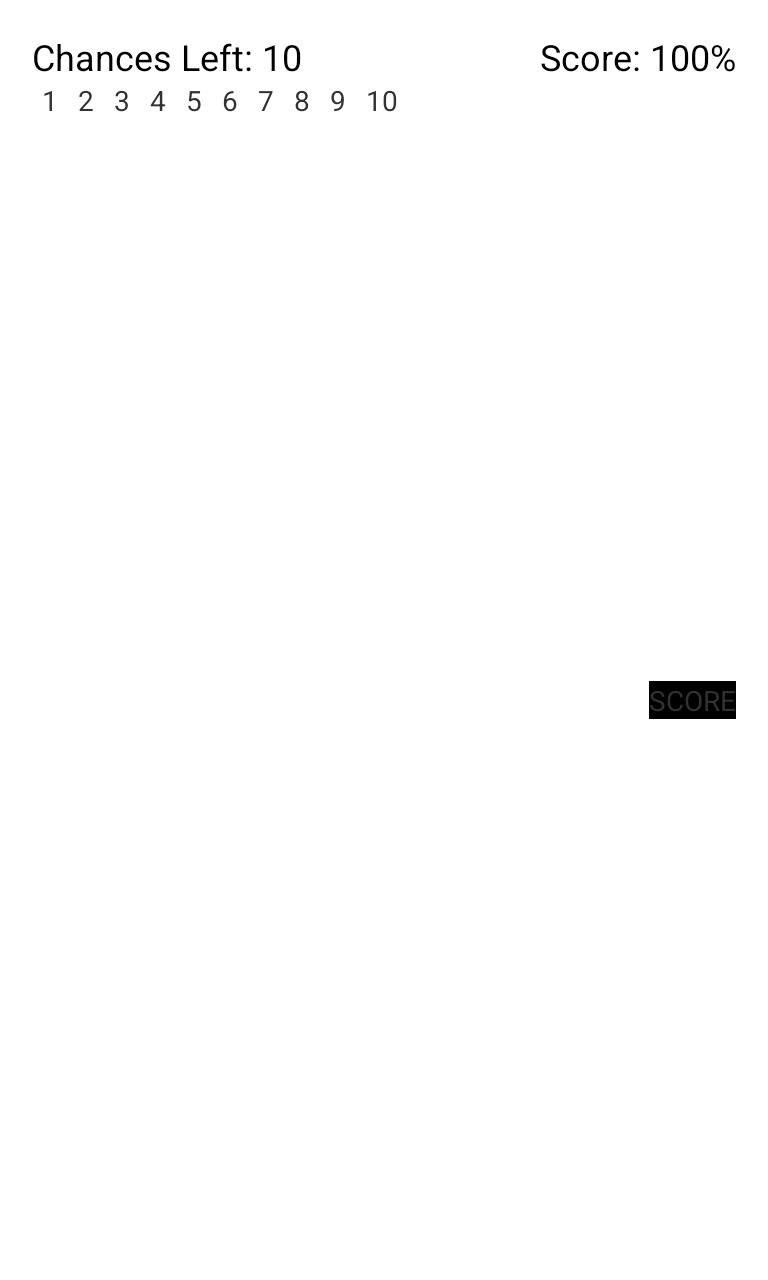
Repository: lethe13/AndroidProgramming
Layout: COMP304-Group1-MicroProject5/res/layout/activity_graphical_guessing_game.xml
The author's editor kept a copy of each file at every save. The layout is drawn from the files as they stood at one save, then again after the next save.
It is drawn on a 768 x 1280 px phone screen (xhdpi) without system bars, with theme AppTheme; the app's code is not run.

Above is the layout before, as saved 2015-11-16 20:51:27.

After the next save:
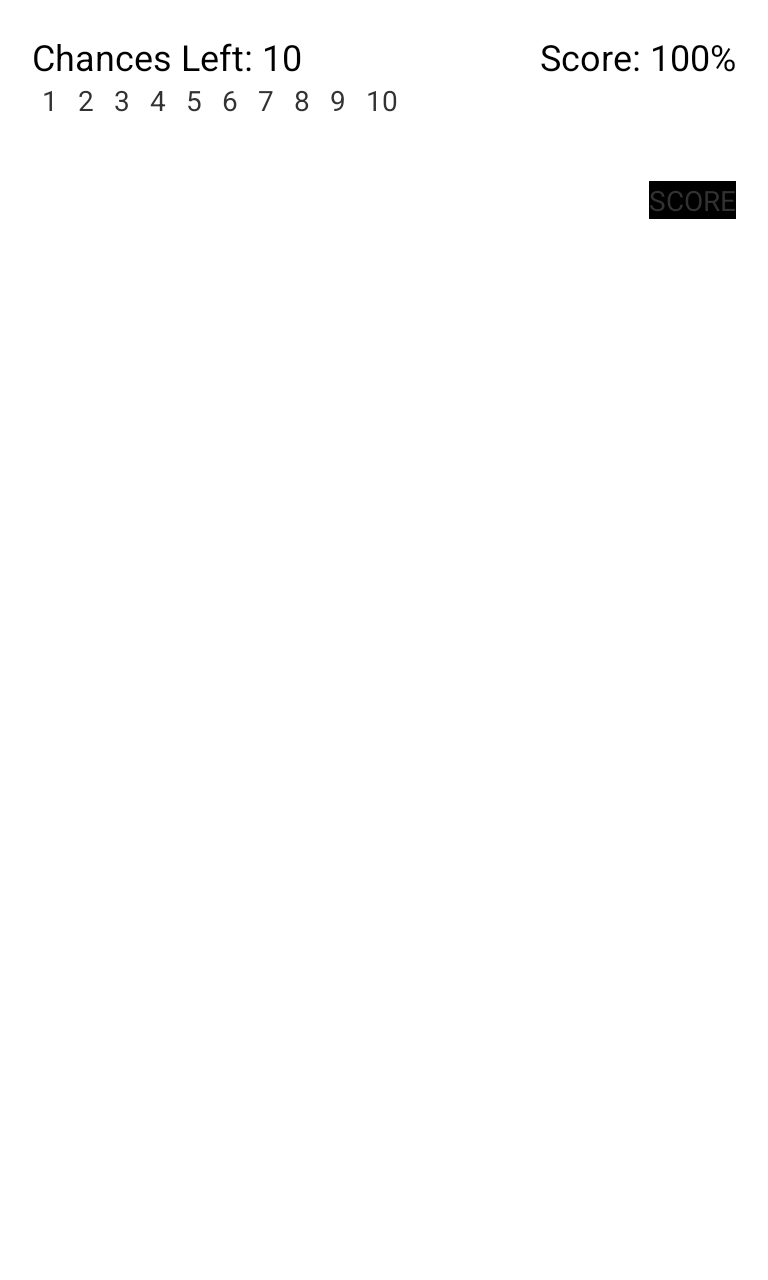
Saved 39 s later.
--- a/COMP304-Group1-MicroProject5/res/layout/activity_graphical_guessing_game.xml
+++ b/COMP304-Group1-MicroProject5/res/layout/activity_graphical_guessing_game.xml
@@ -158,7 +158,7 @@
         <TextView android:id="@+id/tvScore"
 		        android:layout_width="wrap_content"
 		        android:layout_height="wrap_content"
-				android:layout_marginTop="300dp"
+				android:layout_marginTop="50dp"
 				android:background="#000000"
 		        android:text="SCORE" />
     </LinearLayout>
